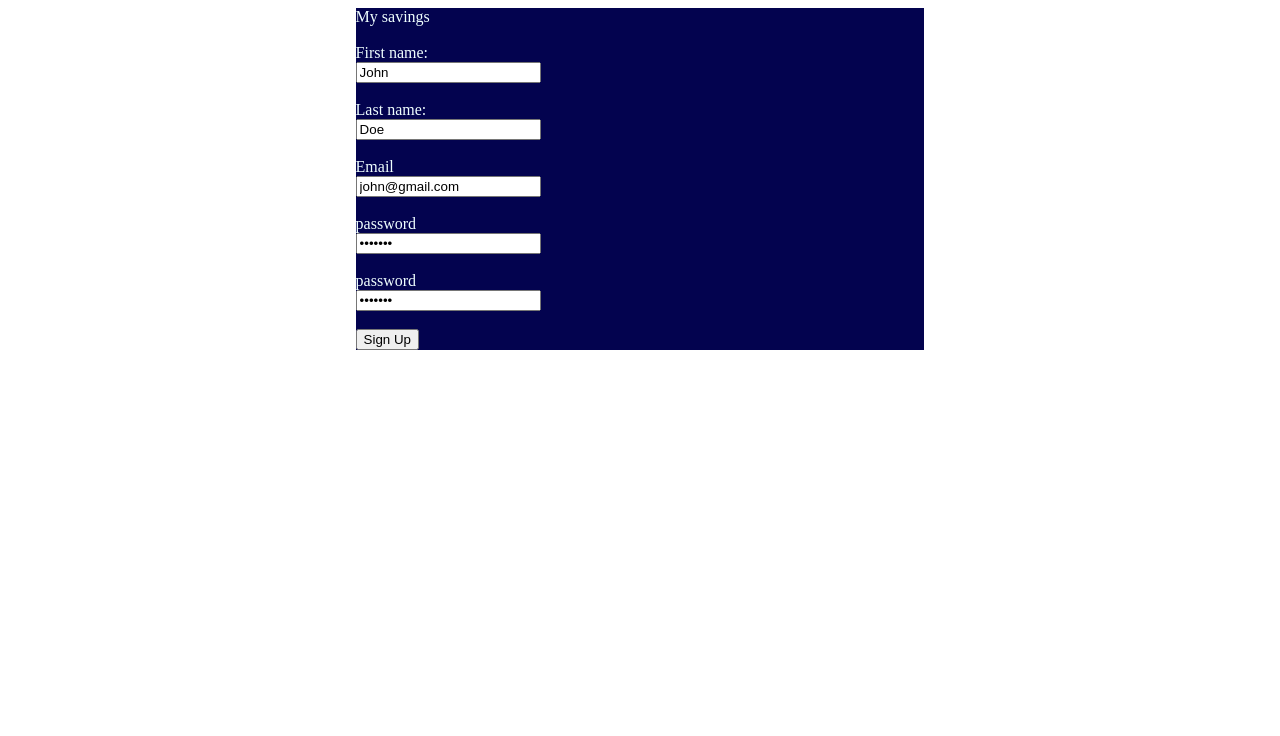
Repository: reemoon-ctrl/hotel-website
Page: mine-form_styling_start.html
The author's editor kept a copy of each file at every save. The page is drawn from the files as they stood at one save, then again after the next save.
The browser window is 1280 px wide. The pictures show the whole page.

Above is the page before, as saved 2024-07-20 13:52:47.

After the next save:
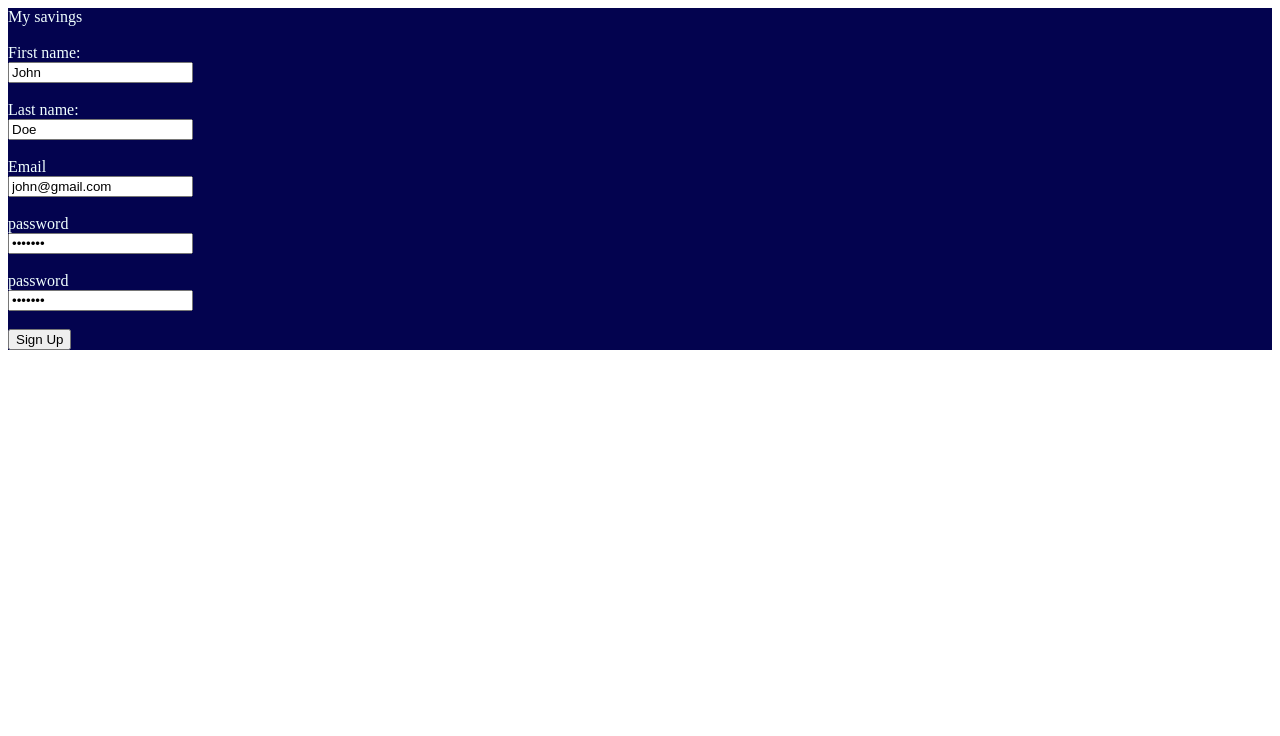
Saved 18 s later.
--- a/mine-form_styling_start.html
+++ b/mine-form_styling_start.html
@@ -11,7 +11,7 @@
     .container{
         margin: auto;
         background: rgb(3, 3, 79);
-        width: 45%;
+
 
 
     }

After the 2 saves that followed:
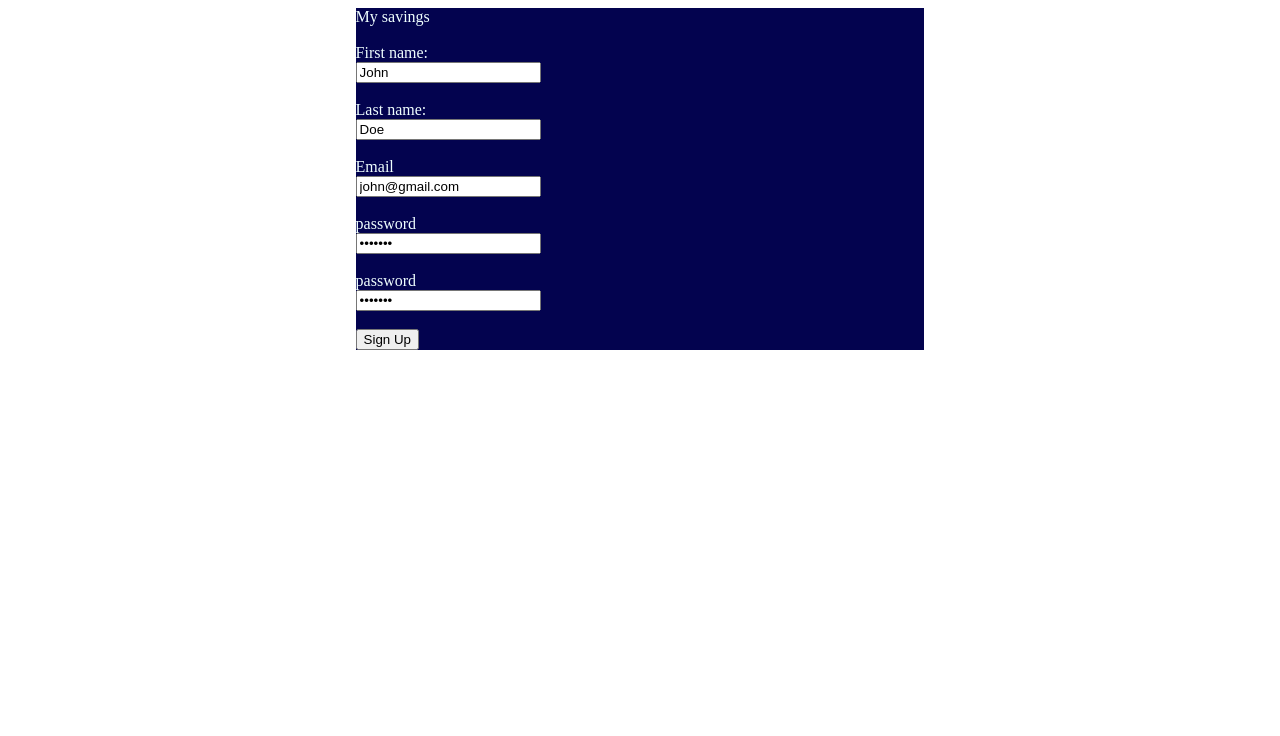
The 2 saves are shown as one change because they came seconds apart.
The last was saved 8 s later.
--- a/mine-form_styling_start.html
+++ b/mine-form_styling_start.html
@@ -11,7 +11,7 @@
     .container{
         margin: auto;
         background: rgb(3, 3, 79);
-
+        width: 45%;
 
 
     }
@@ -38,7 +38,7 @@
             <input type="password" id="confirm password" name="confirm password" value="fffffff"><br><br>
 
 
-            <input type="submit" value="Sign Up">
+        <input type="submit" value="Sign Up">
       </form>
     </div>
 </body>
